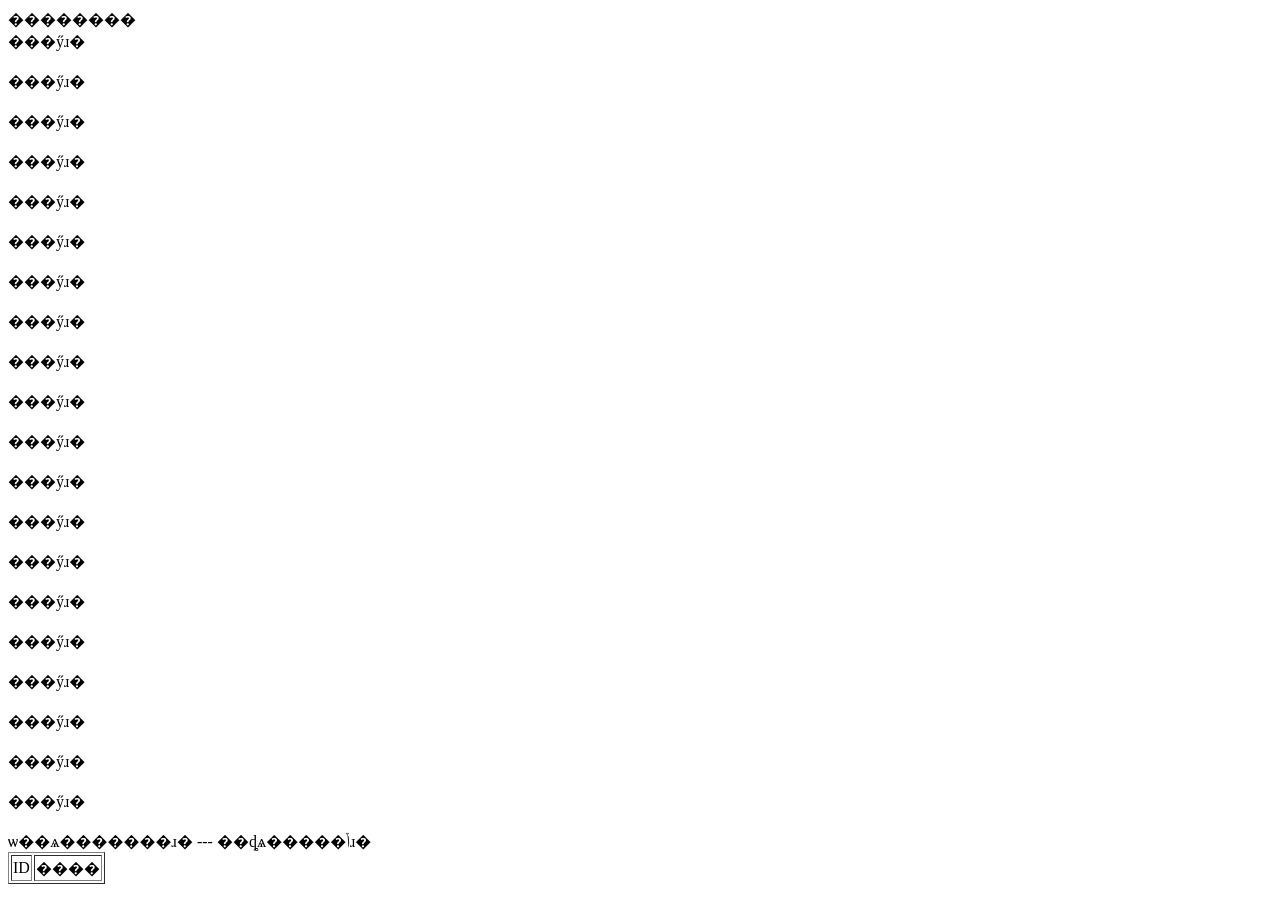
Repository: ZxxWs/P_M_learn
Page: http://localhost/
These files come from the project's save history. The page is drawn as it stood at one moment and after the next save; the edit follows.
The browser window is 1280 px wide. The pictures show the whole page.
The page is run by PHP 8.4 with error messages shown; the project is at /var/www/html/. Queries for data that is not in the repository find no rows.

Above is the page before, as saved 2019-03-20 09:50:22.

After the next save:
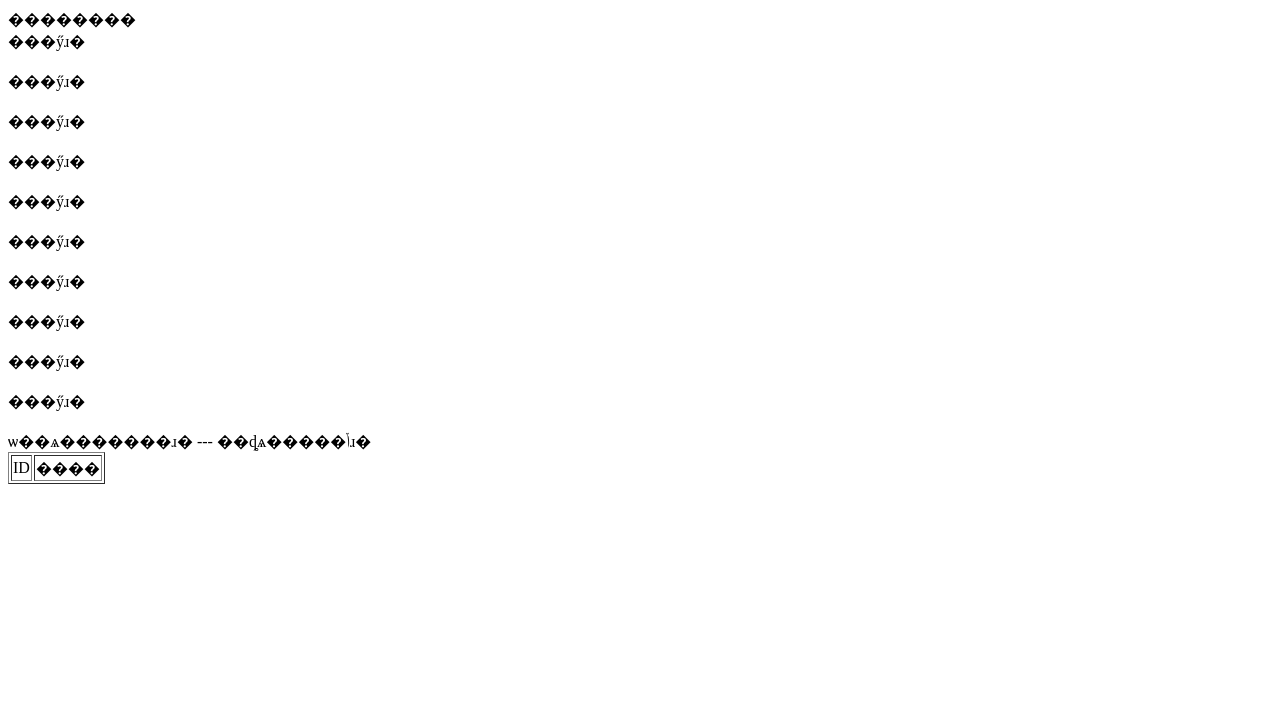
Saved 3 min 25 s later.
--- a/MySQL2/index.php
+++ b/MySQL2/index.php
@@ -15,7 +15,7 @@ function add(){
 global $conn;
 $addid=00010;
 $addname=array("a","b","c","d","e","f","g","h","i","j","k","l","m","n","o","p","q","r","s","t","u","v","w");
-for($i=0;$i<20;$i++){
+for($i=0;$i<10;$i++){
     $addid+=$i;
 $add="insert into ppp".
     "(id,name)".
